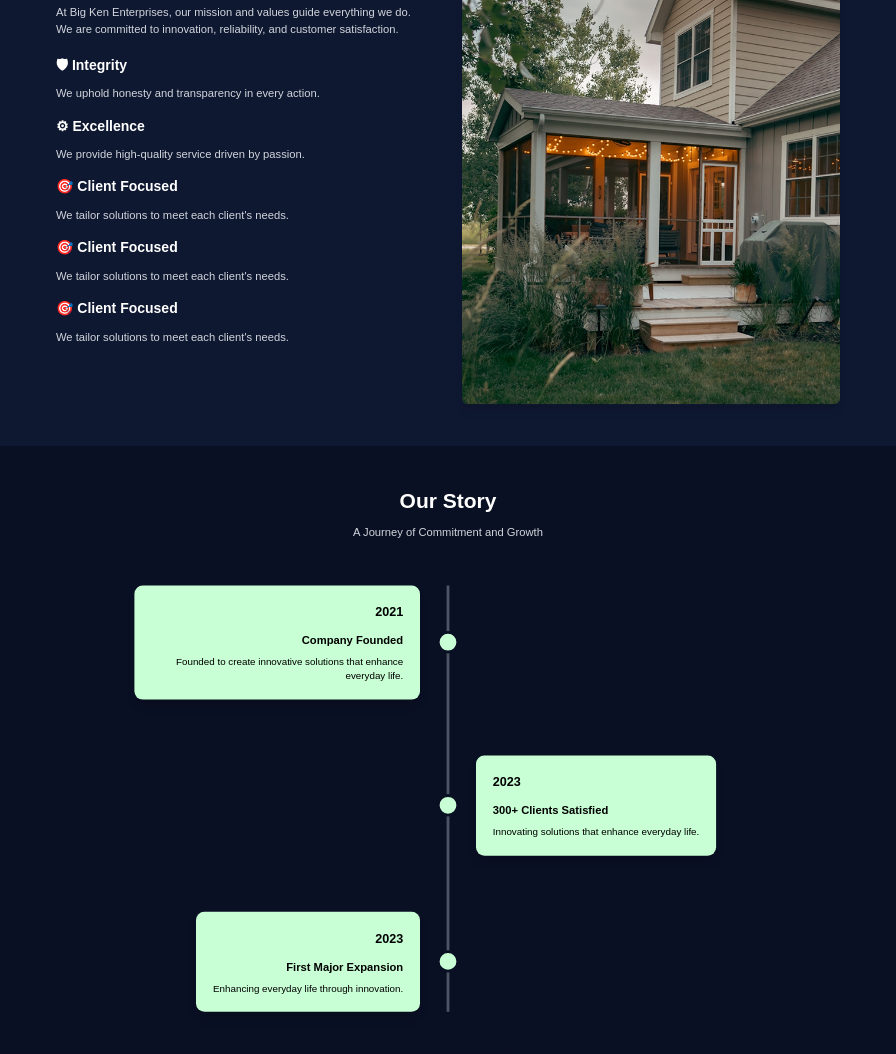
Repository: techvaro/Big-kens-realty-Frontend-react-
Page: /about (app in big-kens-realty/)
An editor plug-in stored every save of this project. The page is shown before and after the next save, followed by the edit.
The browser window is 1280 px wide. The pictures show the part of the page from y = 768 to 2688 px (the page is 2274 px tall before and 2688 px after), at 70% of full size.
Pictures or frames that could not be fetched are drawn as grey boxes. The project was rebuilt for these pictures with package versions that can differ from the ones it lists, and the page was loaded fresh each time. Also part of the build but not shown: big-kens-realty/vite.config.js, big-kens-realty/src/components/Footer/Footer.jsx, big-kens-realty/src/components/Home/hero.jsx, big-kens-realty/src/components/Home/Services.jsx, big-kens-realty/src/components/Home/Stats.jsx, big-kens-realty/src/components/Home/About.jsx, big-kens-realty/src/components/Home/FeaturedProperties.jsx, big-kens-realty/src/components/Home/AutoMobileSale.jsx and 2 more.

Above is the page before, as saved 2025-12-08 16:14:15.

After the next save:
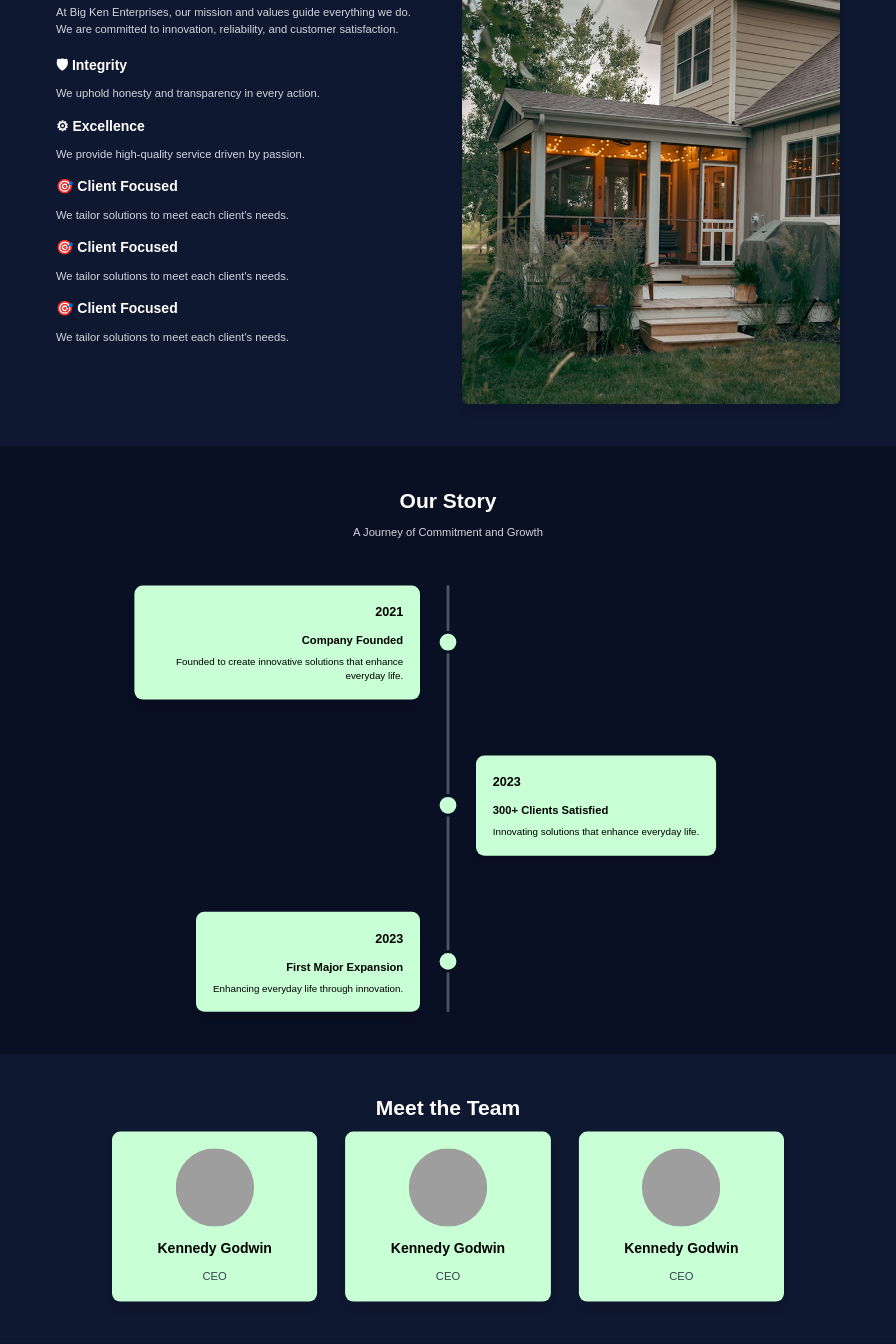
Saved 78 s later.
--- a/big-kens-realty/src/Pages/About.jsx
+++ b/big-kens-realty/src/Pages/About.jsx
@@ -2,6 +2,7 @@ import Navbar from "../components/navbar/navbar";
 import Hero from "../components/About/Hero";
 import MissionValues from "../components/About/mission";
 import Timeline from "../components/About/Timeline";
+import Team from "../components/About/Team";
 
 export default function About() {
   return (
@@ -10,6 +11,7 @@ export default function About() {
       <Hero />
       <MissionValues />
       <Timeline />
+      <Team />
     </>
   );
 }
